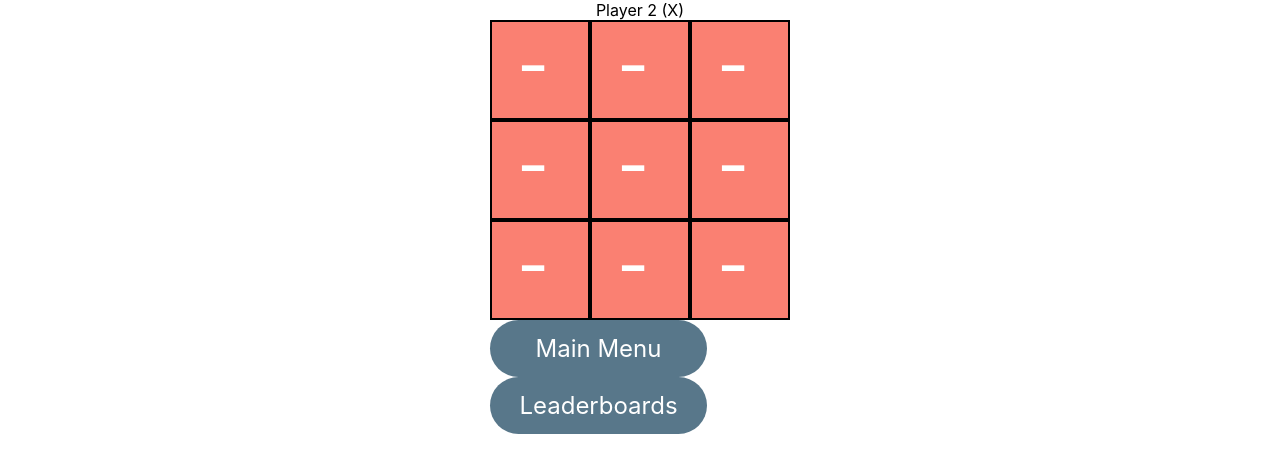
Repository: DawsonGosse/DecisionsGame
Page: /tictacgame (app in web/)
An editor plug-in stored every save of this project. The page is shown before and after a run of saves, followed by the edit.
The browser window is 1280 px wide. The pictures show the whole page.
The project was rebuilt for these pictures with package versions that can differ from the ones it lists, and the page was loaded fresh each time. The framework's server and built-in components were replaced by stand-ins that run in the browser. Also part of the build but not shown: web/next.config.js.

Above is the page before, as saved 2022-01-14 12:26:12.

After the next 5 saves:
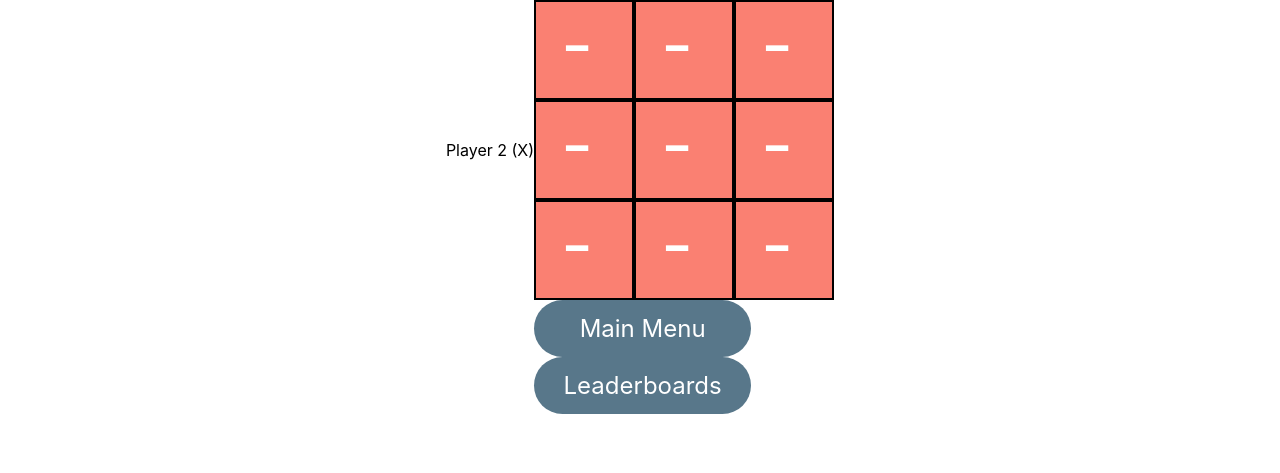
The 5 saves are shown as one change because 2 did not build or start and some came seconds apart.
The last was saved 38 s later.
--- a/web/comps/TicTacToe/Game.js
+++ b/web/comps/TicTacToe/Game.js
@@ -122,7 +122,7 @@ const Game = props=>{
 
 
 
-    return(
+    return( <Container>
             <>
             {
                 gameEnd?(
@@ -157,7 +157,7 @@ const Game = props=>{
                  <Button text="Leaderboards" routeTo="/leaderboard"></Button>
                  <br></br>
         </div>
-        </>
+        </> </Container>
     )
 }
 
